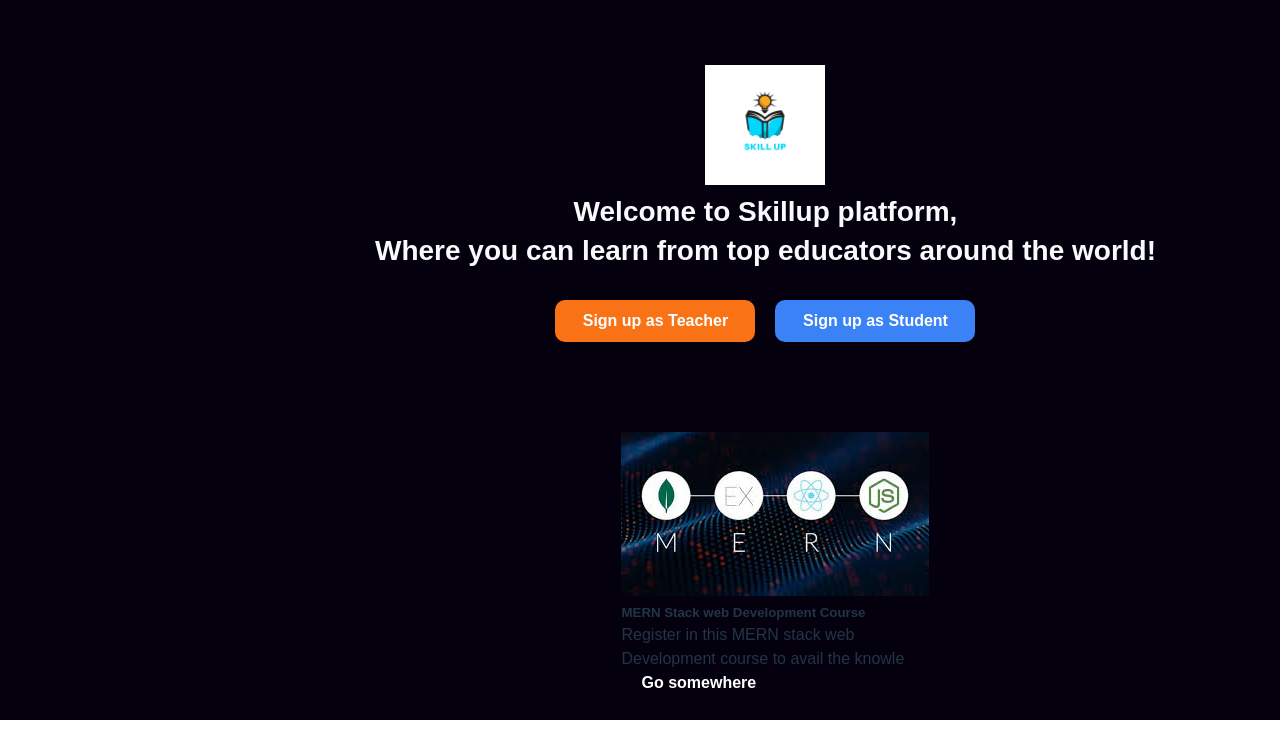
Repository: gowtham-jo/Learning-Management-System
Page: /
An editor plug-in stored every save of this project. The page is shown before and after the next save, followed by the edit.
The browser window is 1280 px wide. The page is 1281 px wide, so the pictures cover 1281 px, including what lies to the right of the window. The pictures show the whole page.
The project was rebuilt for these pictures with package versions that can differ from the ones it lists, and the page was loaded fresh each time. Also part of the build but not shown: vite.config.js, src/StudentRegistration.jsx, src/TeacherRegistration.jsx.

Above is the page before, as saved 2026-01-27 19:58:32.

After the next save:
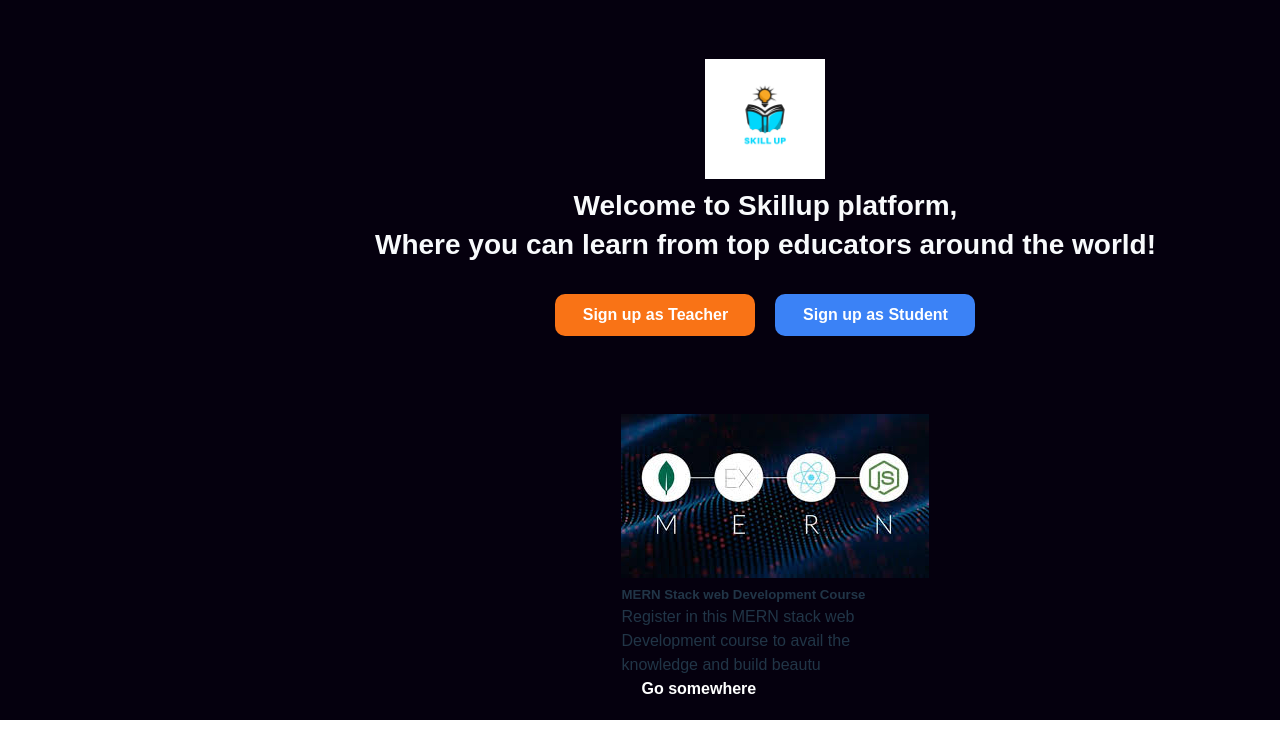
Saved 8 s later.
--- a/src/Homepage.jsx
+++ b/src/Homepage.jsx
@@ -37,7 +37,7 @@ const Homepage = () => {
         <img src={mern} className="card-img-top" alt="..." />
           <div className="card-body">
             <h5 className="card-title">MERN Stack web Development Course</h5>
-            <p className="card-text">Register in this MERN stack web Development course to avail the knowle</p>
+            <p className="card-text">Register in this MERN stack web Development course to avail the knowledge and build beautu</p>
             <a href="#" className="btn btn-primary">Go somewhere</a>
           </div>
       </div>
